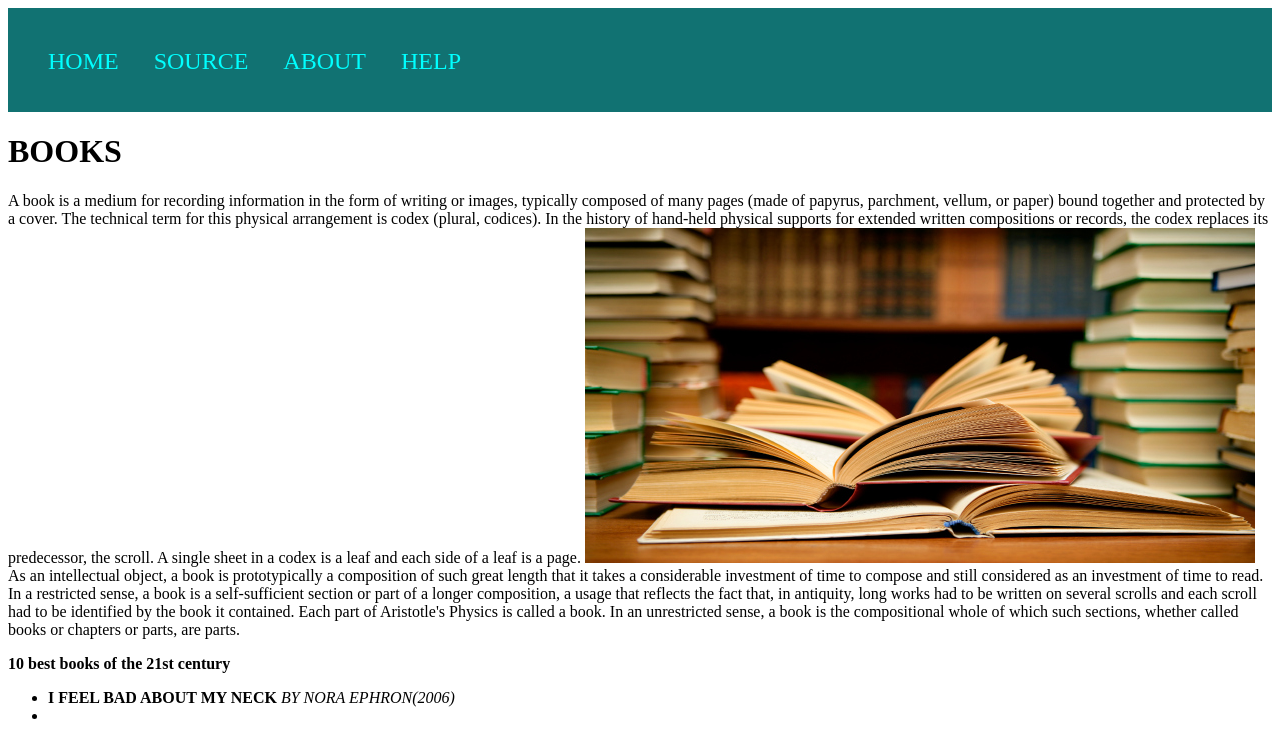
Repository: Hanan-arts/websites
Page: 01 web design/website.html
The author's editor kept a copy of each file at every save. The page is drawn from the files as they stood at one save, then again after the next save.
The browser window is 1280 px wide. The pictures show the whole page.

Above is the page before, as saved 2021-02-13 21:19:51.

### 01 web design/website.html
<!DOCTYPE html>
<html lang="en">
<head>
    <meta charset="UTF-8">
    <meta http-equiv="X-UA-Compatible" content="IE=edge">
    <meta name="viewport" content="width=device-width, initial-scale=1.0">
    <title>BOOKS WORLD</title>
</head>
<link rel="stylesheet" href="c.css">
<body>
    <div class="container">
        <div class="nav-wrapper">
        <div class="left-side">
            <div class="nav-link-wrapper">
                <a href="website.html">HOME</a>
            </div>
            <div class="nav-link-wrapper">
                <a href="Source.html">SOURCE</a>
            </div>
                <div class="nav-link-wrapper">
                    <a href="About.html">ABOUT</a>
                </div>
                    <div class="nav-link-wrapper">
                        <a href="Help.html">HELP</a>
                    </div>
                </div>
            </div>
        </div>
        </div>
        </div>
    </div>
<h1><b>BOOKS</b></h1>
<p>A book is a medium for recording information in the form of writing or images, typically composed of
many pages (made of papyrus, parchment, vellum, or paper) bound together and protected by a cover.
The technical term for this physical arrangement is codex (plural, codices). In the history of
hand-held physical supports for extended written compositions or records, the codex replaces its
predecessor, the scroll. A single sheet in a codex is a leaf and each side of a leaf is a page.
<img src="books-for-survey.jpg" ><br>

As an intellectual object, a book is prototypically a composition of such great length that it takes
a considerable investment of time to compose and still considered as an investment of time to read.
In a restricted sense, a book is a self-sufficient section or part of a longer composition,
a usage that reflects the fact that, in antiquity, long works had to be written on several scrolls and
each scroll had to be identified by the book it contained. Each part of Aristotle's Physics is called a
book.
In an unrestricted sense, a book is the compositional whole of which such sections, whether called books
or chapters or parts,
are parts.
</body>
<p><b>10 best books of the 21st century</b></p>
<p>
    <div>
        <ul>
            <li><b>I FEEL BAD ABOUT MY NECK     </b> <i>BY NORA EPHRON(2006)

            </i></li>
            <li></li>

        </ul>
    </div>

</p>

</html>

### 01 web design/c.css
.nav-wrapper{
    display:flex;
    justify-content: space-between;
    padding: 40px;
    background-color: rgb(17, 114, 114);
}
.left-side{
    display: flex;
}
.nav-wrapper > .left-side > div {
    margin-right: 35px;
    font-size: 1.5em;
    text-transform: uppercase;
}
.nav-link-wrapper{
    height: 23px;
    border-bottom: 1.2px solid transparent;
    transition: border-bottom 0.7s;
}
.nav-link-wrapper a {
    color: aqua;
    text-decoration: wavy;
    transition: color 0.7s;
}
.nav-link-wrapper:hover{
    border-bottom: 1.5px solid gray;
}
.nav-link-wrapper a:hover{
    color: gray;
}

After the next save:
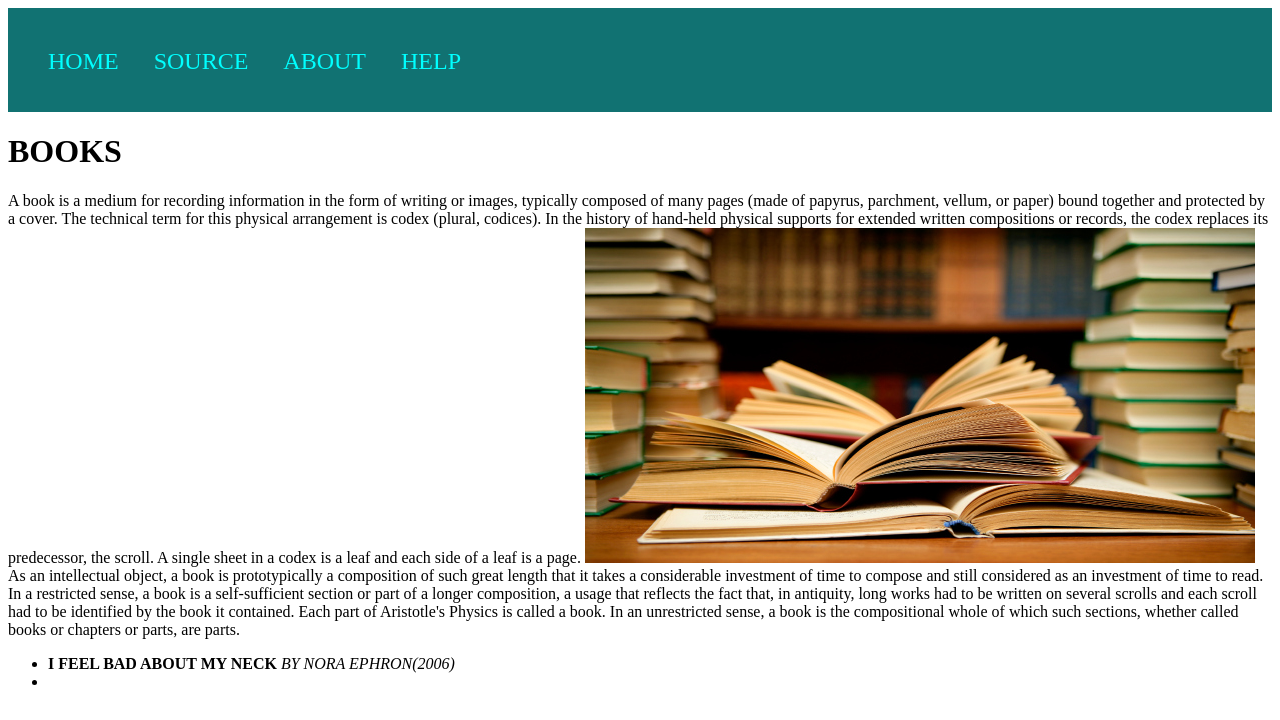
Saved 28 s later.
--- a/01 web design/website.html
+++ b/01 web design/website.html
@@ -47,7 +47,7 @@ In an unrestricted sense, a book is the compositional whole of which such sectio
 or chapters or parts,
 are parts.
 </body>
-<p><b>10 best books of the 21st century</b></p>
+<p><b></b></p>
 <p>
     <div>
         <ul>
